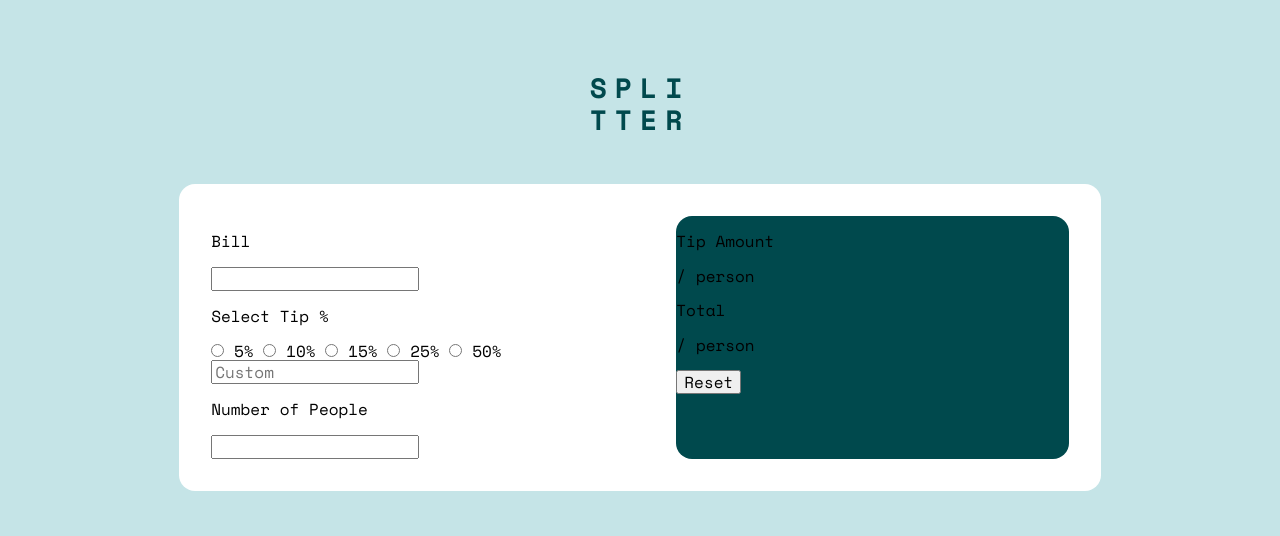
Repository: Jay-JYKim91/FM_tip-calculator
Page: index.html
An editor plug-in stored every save of this project. The page is shown before and after the next save, followed by the edit.
The browser window is 1280 px wide. The pictures show the whole page.

Above is the page before, as saved 2021-12-21 13:06:23.

After the next save:
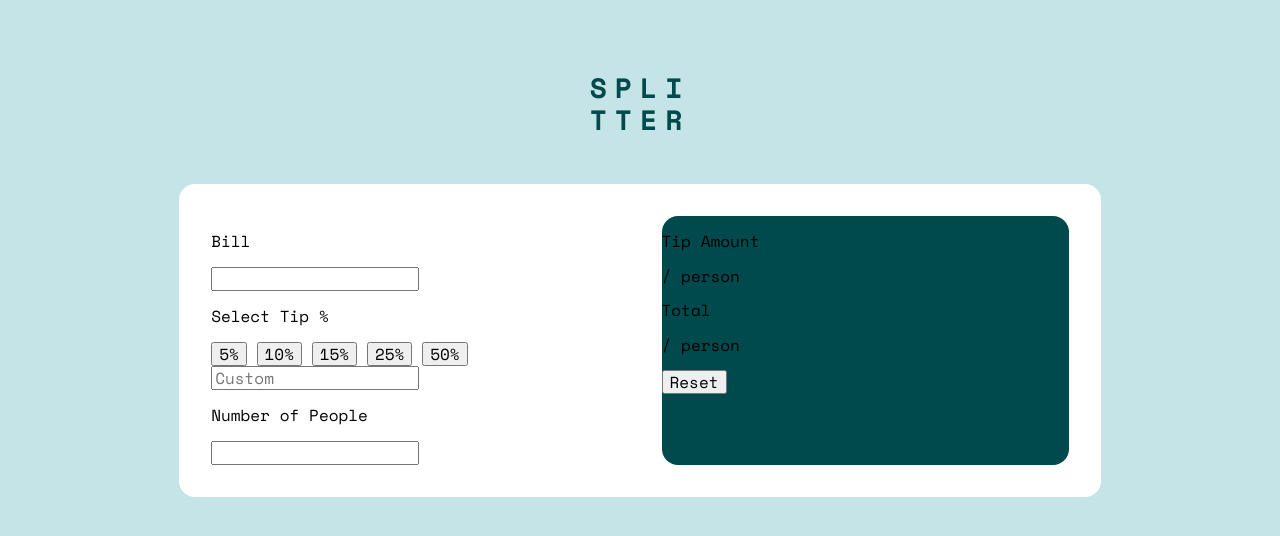
Saved 4 min 25 s later.
--- a/index.html
+++ b/index.html
@@ -26,17 +26,14 @@
         </div>
         <div>
           <p class="title">Select Tip %</p>
-          <input type="radio" id="5%" name="percentage">
-          <label for="5%">5%</label>
-          <input type="radio" id="10%" name="percentage">
-          <label for="10%">10%</label>
-          <input type="radio" id="15%" name="percentage">
-          <label for="15%">15%</label>
-          <input type="radio" id="25%" name="percentage">
-          <label for="25%">25%</label>
-          <input type="radio" id="50%" name="percentage">
-          <label for="50%">50%</label>
-          <input type="text" placeholder="Custom">
+          <div class="tip_options">
+            <button class="tip_option">5%</button>
+            <button class="tip_option">10%</button>
+            <button class="tip_option">15%</button>
+            <button class="tip_option">25%</button>
+            <button class="tip_option">50%</button>
+            <input id="custom_tip" class="tip_option" placeholder="Custom">
+          </div>
         </div>
         <div>
           <p class="title">Number of People</p>
